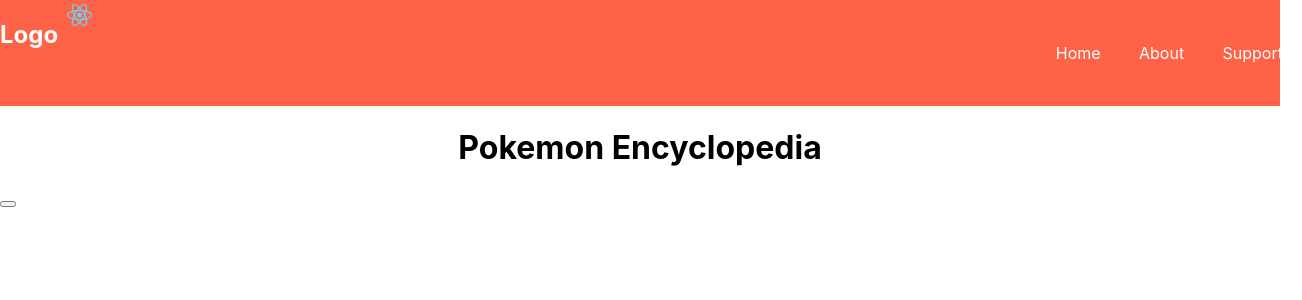
Repository: Gibberlin/pokedex
Page: /
An editor plug-in stored every save of this project. The page is shown before and after the next save, followed by the edit.
The browser window is 1280 px wide. The page is 1302 px wide, so the pictures cover 1302 px, including what lies to the right of the window. The pictures show the whole page.
The page's requests for data from a server got no answer. The project was rebuilt for these pictures with package versions that can differ from the ones it lists, and the page was loaded fresh each time. No one was signed in, and anything a server would have sent is missing.

Above is the page before, as saved 2021-09-29 01:28:22.

### src/App.js
import logo from './logo.svg';
import Nav from "./components/Nav"
import './App.css';
import './components/Cards';
import Cards from './components/Cards';

function App() {
  return (
    <div>
    <Nav />
    <h1>Pokemon Encyclopedia</h1>
    <Cards />
    </div>
  );
}

export default App;

### src/components/Nav.js
import React from 'react'
import logo from "../logo.svg";
import "../App.css";
const Nav = () => {
    return (
        <nav>
        <h1>Logo</h1>
            <img src={logo} alt="Poke" height="30px"/>

            <ul>
                <li>Home</li>
                <li>About</li>
                <li>Support</li>
            </ul>
        </nav>
    )
}

export default Nav

### src/App.css
ul {
  margin-left: 70%;
  list-style-type: none;
  display: flex;
}
li {
  margin: 0.2rem;
  padding: 1.5rem 1rem 1.5rem 1rem;
  cursor: pointer;
  border-radius: 5px;
}
nav {
  display: flex;
  background: tomato;
  color: #fff;
}
li:hover {
  color: #18f;
  background-color: #fff;
}
h1 {
  text-align: center;
}

### src/components/Cards.js
import React,{useState} from 'react'
import Axios from 'axios'



const Cards = () => {
    const [poke,gPoke]= useState("");
    const [sp,setSp]=useState("")
    const [query,setQuery]=useState("");
    const getPoke=()=>{

        Axios.get("https://pokeapi.co/api/v2/pokemon?limit=100&offset=0").then((Response)=>{
            console.log(Response);

                // gPoke(Response.data.);



        })
    }


    return (
        <div className="card">

            <h1>{poke}</h1>
            <button onClick={getPoke()}></button>

        </div>
    )
}

export default Cards

Loaded but not shown: public/index.html (common file); src/index.js (common file); src/index.css (common file)

After the next save:
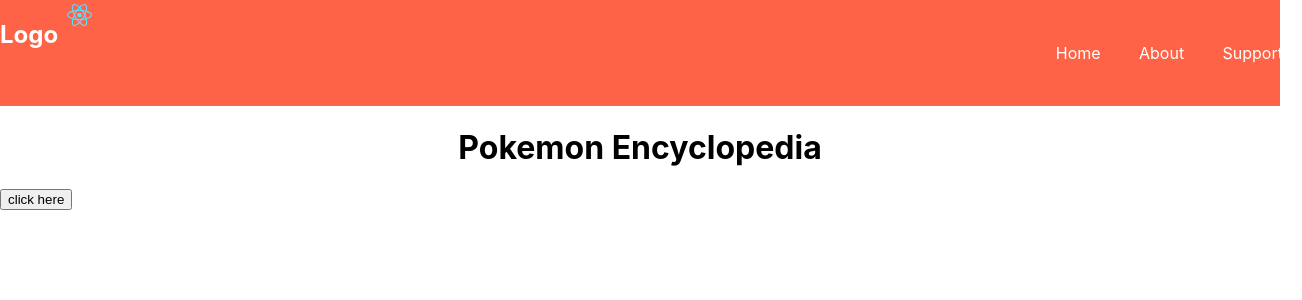
Saved 10 s later.
--- a/src/components/Cards.js
+++ b/src/components/Cards.js
@@ -24,7 +24,7 @@
         <div className="card">
 
             <h1>{poke}</h1>
-            <button onClick={getPoke()}></button>
+            <button onClick={getPoke()}>click here</button>
 
         </div>
     )
